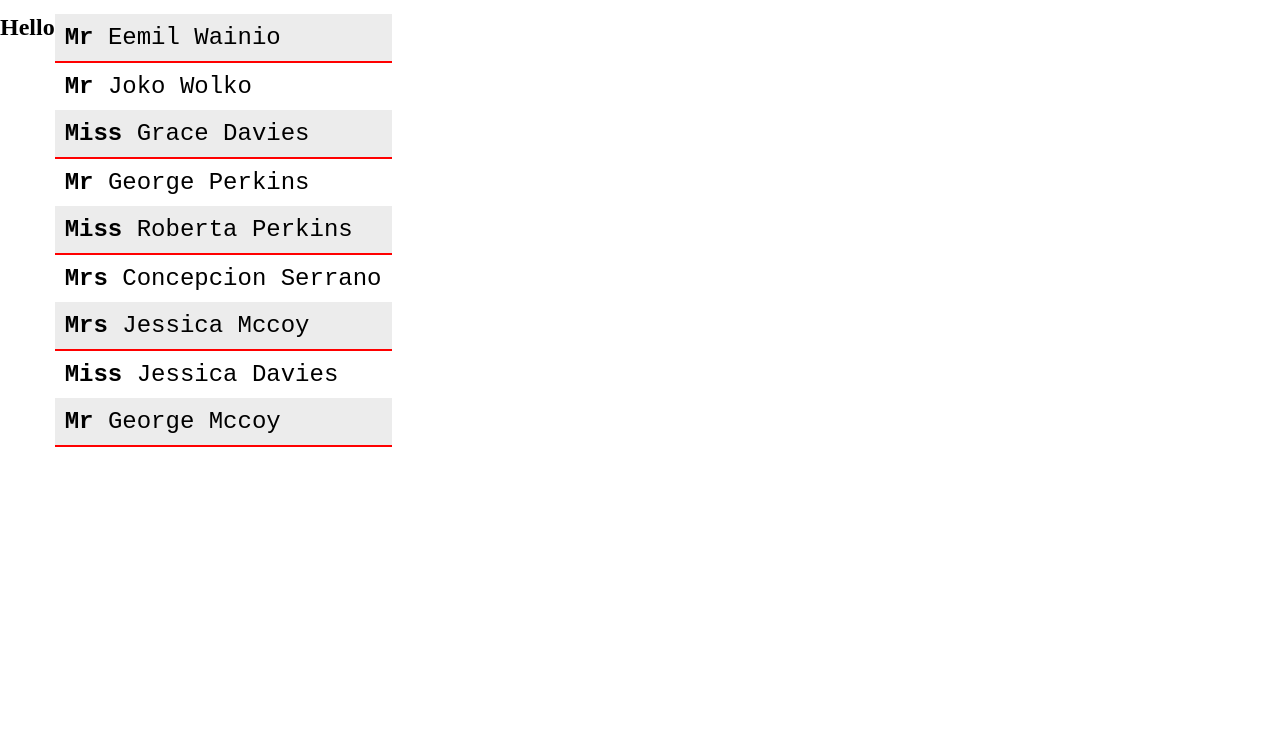
Repository: KrzysKolo/sr_tydzien5_zad4
Page: /
These files come from the project's save history. The page is drawn as it stood at one moment and after the next save; the edit follows.
The browser window is 1280 px wide. The pictures show the whole page.
The project was rebuilt for these pictures with package versions that can differ from the ones it lists, and the page was loaded fresh each time.

Above is the page before, as saved 2021-01-03 05:08:04.

### public/index.html
<!DOCTYPE html>
<html lang="en">
  <head>
    <meta charset="utf-8" />
    <link rel="icon" href="%PUBLIC_URL%/favicon.ico" />
    <meta name="viewport" content="width=device-width, initial-scale=1" />
    <meta name="theme-color" content="#000000" />
    <meta
      name="description"
      content="Web site created using create-react-app"
    />
    <link rel="apple-touch-icon" href="%PUBLIC_URL%/logo192.png" />
    <!--
      manifest.json provides metadata used when your web app is installed on a
      user's mobile device or desktop. See https://developers.google.com/web/fundamentals/web-app-manifest/
    -->
    <link rel="manifest" href="%PUBLIC_URL%/manifest.json" />
    <!--
      Notice the use of %PUBLIC_URL% in the tags above.
      It will be replaced with the URL of the `public` folder during the build.
      Only files inside the `public` folder can be referenced from the HTML.

      Unlike "/favicon.ico" or "favicon.ico", "%PUBLIC_URL%/favicon.ico" will
      work correctly both with client-side routing and a non-root public URL.
      Learn how to configure a non-root public URL by running `npm run build`.
    -->
    <title>User search</title>
  </head>
  <body>
    <noscript>You need to enable JavaScript to run this app.</noscript>
    <div id="root"></div>
    <!--
      This HTML file is a template.
      If you open it directly in the browser, you will see an empty page.

      You can add webfonts, meta tags, or analytics to this file.
      The build step will place the bundled scripts into the <body> tag.

      To begin the development, run `npm start` or `yarn start`.
      To create a production bundle, use `npm run build` or `yarn build`.
    -->
  </body>
</html>

### src/App.js
import React from 'react';
import UsersContainer from './components/UsersContainer';
import './App.css';


const App = () => {

  return (
    <section>
      <h1>Hello</h1>
      <UsersContainer/>
    </section>
  )
}

export default App;

### src/components/UsersContainer.js
import React, { useState, useEffect } from 'react';


const UsersContainer = () => {

  const UsersAPI = '/users.json';

  const [ users, setUsers ] = useState([]);

  useEffect(() => {

    fetch(UsersAPI)
      .then(res => res.json())
      .then(data => {
        console.log(data.users);
        setUsers(data.users);
      })
    }, []);

    const user = users.map(user => (
      <li className="user" key={user.id}><b>{user.title}</b> {user.first} {user.last}</li>
    ))
    return (
        <ul>
					{user}
        </ul>
    )
}

export default UsersContainer;

### src/App.css
* {
  box-sizing: border-box;
  padding: 0;
  margin: 0;
}
body {
  height: 100vh;
  width: 100vw;
}
section {
  margin: 2vh auto;
  width: 70;
  display: flex;
  flex-direction: columns;
}
.user {
  font-size: 1.5rem;
  font-family: "Courier New", Courier, monospace;
  padding: 10px;
  list-style: none;
}
.user:nth-child(odd) {
  background: #ececec;
  border-bottom: 2px solid red;
}

### public/users.json
{
    "users": [
      {
        "id": 1,
        "title": "Mr",
        "first": "Eemil",
        "last": "Wainio"
       },
      {
        "id": 2,
        "title": "Mr",
        "first": "Joko",
        "last": "Wolko"
      },
      {
        "id": 3,
        "title": "Miss",
        "first": "Grace",
        "last": "Davies"
      },
      {
        "id": 4,
        "title": "Mr ",
        "first": "George ",
        "last": "Perkins"
      },
      {
        "id": 5,
        "title": "Miss",
        "first": "Roberta ",
        "last": "Perkins"
      },
      {
        "id": 6,
        "title": "Mrs ",
        "first": "Concepcion ",
        "last": "Serrano"
      },
      {
        "id": 7,
        "title": "Mrs ",
        "first": "Jessica ",
        "last": "Mccoy"
      },
      {
        "id": 8,
        "title": "Miss",
        "first": "Jessica",
        "last": "Davies"
      },
      {
        "id": 9,
        "title": "Mr",
        "first": "George",
        "last": "Mccoy"
      }
    ]
  }

Loaded but not shown: src/index.js (common file)

After the next save:
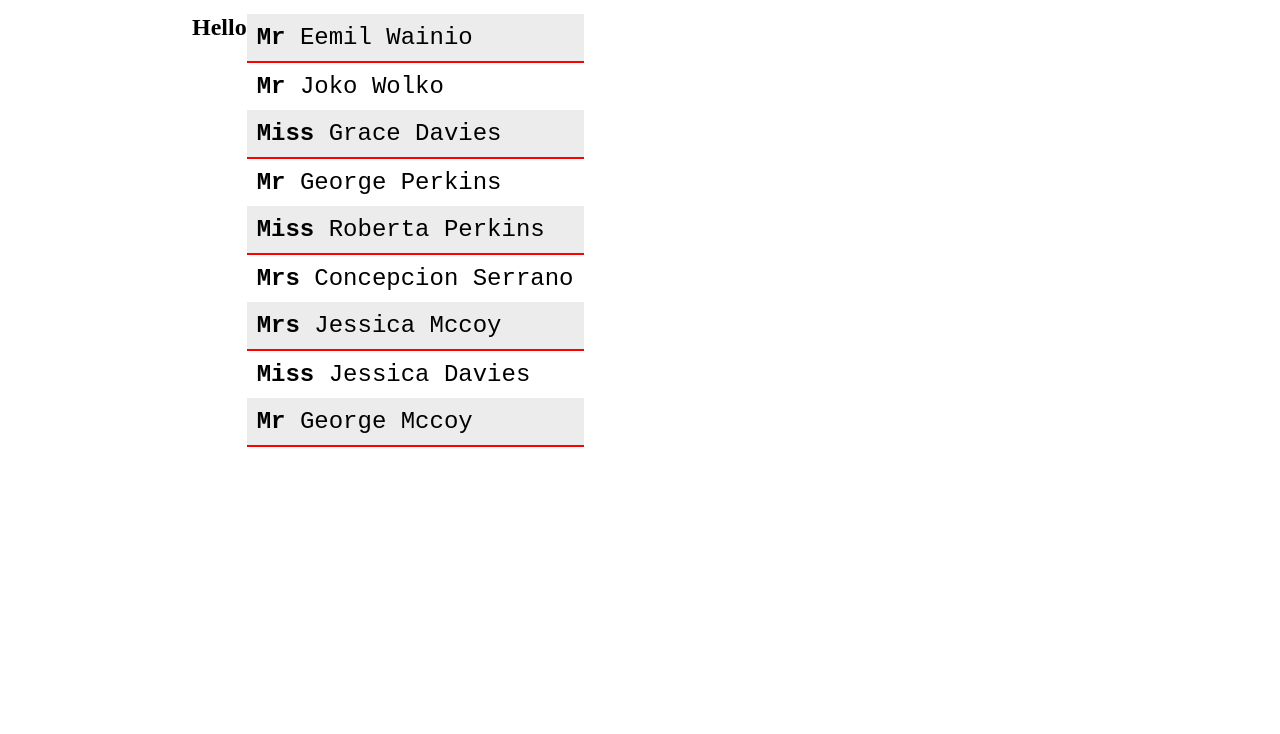
Saved 17 s later.
--- a/src/App.css
+++ b/src/App.css
@@ -9,7 +9,7 @@ body {
 }
 section {
   margin: 2vh auto;
-  width: 70;
+  width: 70%;
   display: flex;
   flex-direction: columns;
 }
